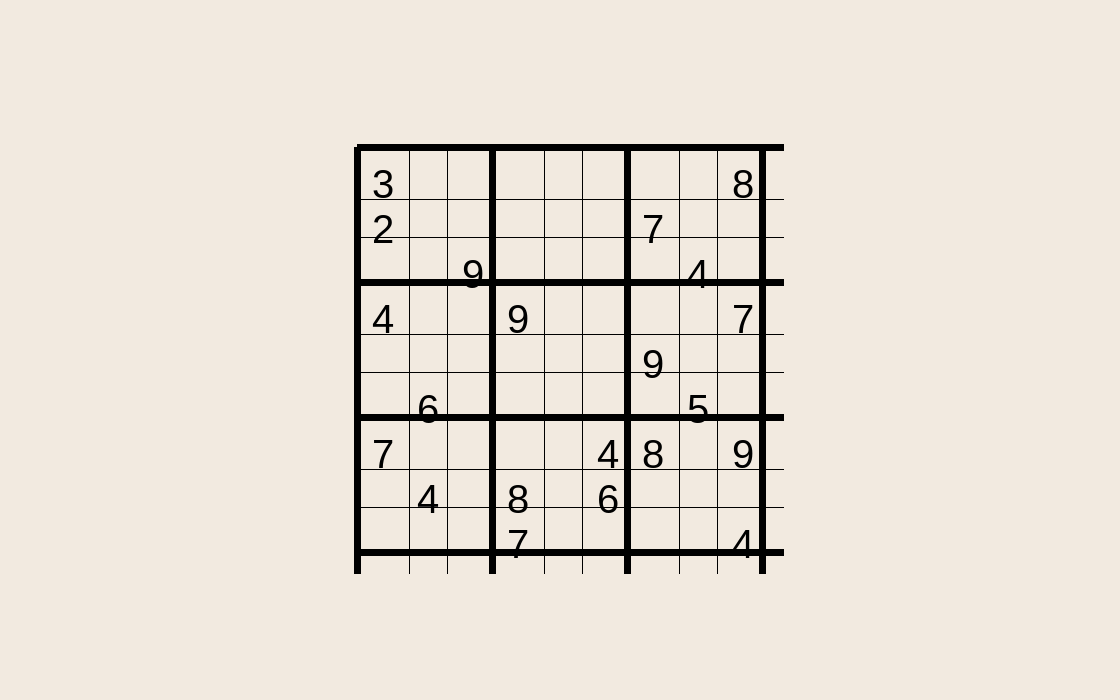
Repository: JensVL96/Puzzle-solver-for-fun
Script's output: python sudoku.py
An editor plug-in stored every save of this project. The script's output is shown before and after the next save, followed by the edit.
The window is shown after at most 60 frames with no key pressed. A system font it names is replaced by a similar one. Random numbers start from a fixed seed.

Above is the script's output before, as saved 2020-11-07 20:47:55.

After the next save:
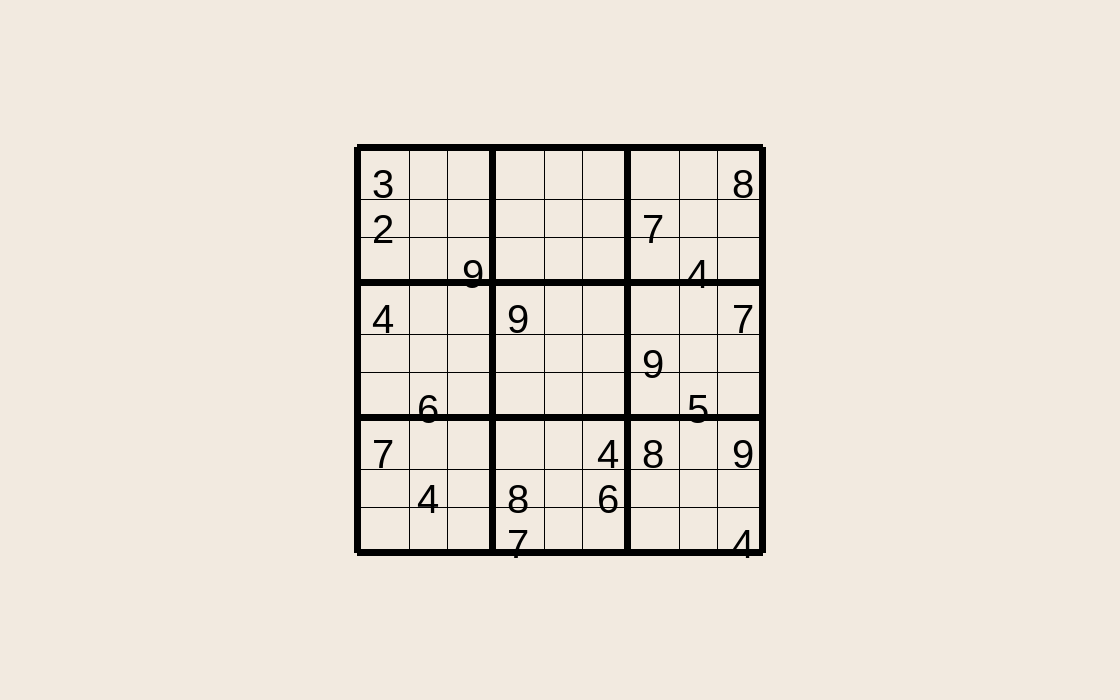
Saved 51 s later.
--- a/display_board.py
+++ b/display_board.py
@@ -50,12 +50,12 @@ class Display_board():
             print("Start vertical: ", i * BLOCK_SIZE, "end: ", i * BLOCK_SIZE)
             pg.draw.line(self.screen, BLACK, (TOP_LX,
                                             TOP_LY + i * BLOCK_SIZE + size),
-                                            (TOP_RX + 21,
+                                            (TOP_RX,
                                             TOP_RY + i * BLOCK_SIZE+ size), thick)
             pg.draw.line(self.screen, BLACK, (TOP_LX + i * BLOCK_SIZE+ size,
                                             TOP_LY),
                                             (BOT_LX + i * BLOCK_SIZE+ size,
-                                            BOT_LY + 21), thick)
+                                            BOT_LY), thick)
 
             # For candidate placement
             # if i % 3 == 0:
